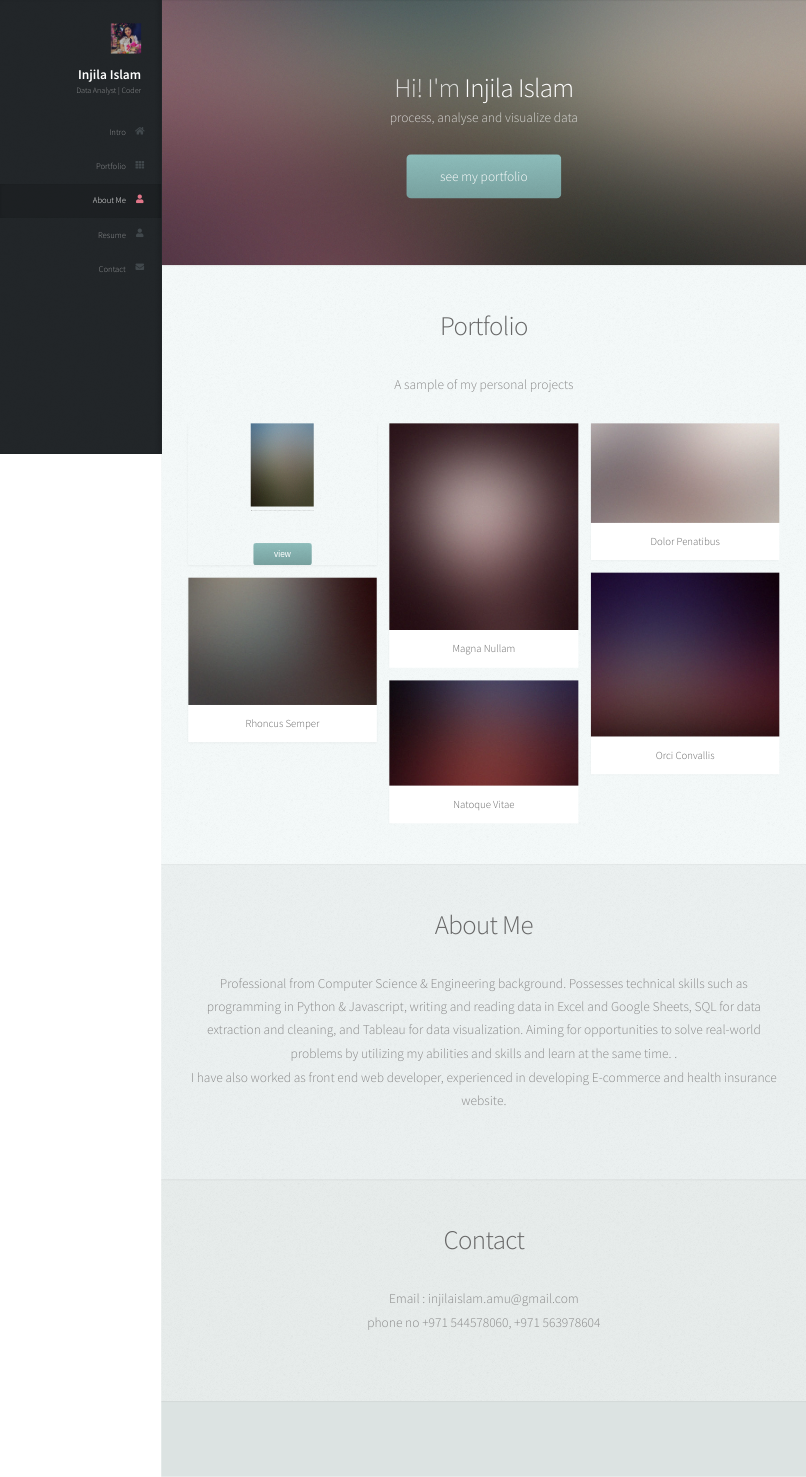
Repository: IslamInjila/new_portfolio
Page: index.html
These files come from the project's save history. The page is drawn as it stood at one moment and after the next save; the edit follows.
The browser window is 1280 px wide. The pictures show the whole page, at 63% of full size.

Above is the page before, as saved 2021-03-06 17:15:04.

### index.html
<!DOCTYPE HTML>
<!--
	Prologue by HTML5 UP
	html5up.net | @ajlkn
	Free for personal and commercial use under the CCA 3.0 license (html5up.net/license)
-->
<html>
	<head>
		<title>Prologue by HTML5 UP</title>
		<meta charset="utf-8" />
		<meta name="viewport" content="width=device-width, initial-scale=1, user-scalable=no" />
		<link rel="stylesheet" href="assets/css/main.css" />
	</head>
	<body class="is-preload">

		<!-- Header -->
			<div id="header">

				<div class="top">

					<!-- Logo -->
						<div id="logo">
							<span class="image avatar48"><img src="images/profileImage.jpg" alt="" /></span>
							<h1 id="title">Injila Islam</h1>
							<p>Data Analyst | Coder</p>
						</div>

					<!-- Nav -->
						<nav id="nav">
							<ul>
								<li><a href="#top" id="top-link"><span class="icon solid fa-home">Intro</span></a></li>
								<li><a href="#portfolio" id="portfolio-link"><span class="icon solid fa-th">Portfolio</span></a></li>
								<li><a href="#about" id="about-link"><span class="icon solid fa-user">About Me</span></a></li>
								<li><a href="#resume" id="about-link"><span class="icon solid fa-user">Resume</span></a></li>
								<li><a href="#contact" id="contact-link"><span class="icon solid fa-envelope">Contact</span></a></li>

							</ul>
						</nav>

				</div>

				<div class="bottom">

					<!-- Social Icons -->
						<!-- <ul class="icons">
							<li><a href="#" class="icon brands fa-twitter"><span class="label">Twitter</span></a></li>
							<li><a href="#" class="icon brands fa-facebook-f"><span class="label">Facebook</span></a></li>
							<li><a href="#" class="icon brands fa-github"><span class="label">Github</span></a></li>
							<li><a href="#" class="icon brands fa-dribbble"><span class="label">Dribbble</span></a></li>
							<li><a href="#" class="icon solid fa-envelope"><span class="label">Email</span></a></li>
						</ul> -->

				</div>

			</div>

		<!-- Main -->
			<div id="main">

				<!-- Intro -->
					<section id="top" class="one dark cover">
						<div class="container">

							<header>
								<h2 class="alt">Hi! I'm <strong>Injila Islam</strong>
								<h5>process, analyse and visualize data
							</header>

							<footer>
								<a href="#portfolio" class="button scrolly">see my portfolio</a>
							</footer>

						</div>
					</section>

				<!-- Portfolio -->
					<section id="portfolio" class="two">
						<div class="container">

							<header>
								<h2>Portfolio</h2>
							</header>

							<p>A sample of my personal projects</p>

							<div class="row">
								<div class="col-4 col-12-mobile">
									<article class="item ">
										<!-- <a href="#" class="image fit"><img src="images/pic02.jpg" alt="" /></a>
										<header>
											<h3>Ipsum Feugiat</h3>
										</header> -->
										<p><a href="https://www.w3schools.com">
											<img src="images/pic02.jpg" alt="W3Schools.com" width="100" height="132">
											</a></p>
											<button> view</button>
									</article>

									<article class="item">
										<a href="#" class="image fit"><img src="images/pic03.jpg" alt="" /></a>
										<header>
											<h3>Rhoncus Semper</h3>
										</header>
									</article>
								</div>
								<div class="col-4 col-12-mobile">
									<article class="item">
										<a href="#" class="image fit"><img src="images/pic04.jpg" alt="" /></a>
										<header>
											<h3>Magna Nullam</h3>
										</header>
									</article>
									<article class="item">
										<a href="#" class="image fit"><img src="images/pic05.jpg" alt="" /></a>
										<header>
											<h3>Natoque Vitae</h3>
										</header>
									</article>
								</div>
								<div class="col-4 col-12-mobile">
									<article class="item">
										<a href="#" class="image fit"><img src="images/pic06.jpg" alt="" /></a>
										<header>
											<h3>Dolor Penatibus</h3>
										</header>
									</article>
									<article class="item">
										<a href="#" class="image fit"><img src="images/pic07.jpg" alt="" /></a>
										<header>
											<h3>Orci Convallis</h3>
										</header>
									</article>
								</div>
							</div>

						</div>
					</section>

				<!-- About Me -->
					<section id="about" class="three">
						<div class="container">

							<header>
								<h2>About Me</h2>
							</header>

							<!-- <a href="#" class="image featured"><img src="images/profilePic.jpg" alt="" /></a> -->

							<p>Professional from Computer Science & Engineering background.

                               Possesses technical skills such as programming in Python & Javascript, writing and reading data in Excel and Google Sheets, SQL for data extraction and cleaning, and Tableau for data visualization.
								Aiming for opportunities to solve real-world problems by utilizing my abilities and skills and learn at the same time. .<br>
								I have also worked as front end web developer, experienced in developing E-commerce and health insurance website.

						</div>
					</section>


				<!-- Contact -->
					<section id="contact" class="four">
						<div class="container">

							<header>
								<h2>Contact</h2>
							</header>
							<P> Email : injilaislam.amu@gmail.com
							<br>phone no  +971 544578060, +971 563978604</p>

							<!-- <p>Elementum sem parturient nulla quam placerat viverra
							mauris non cum elit tempus ullamcorper dolor. Libero rutrum ut lacinia
							donec curae mus. Eleifend id porttitor ac ultricies lobortis sem nunc
							orci ridiculus faucibus a consectetur. Porttitor curae mauris urna mi dolor.</p> -->
<!--
							<form method="post" action="#">
								<div class="row">
									<div class="col-6 col-12-mobile"><input type="text" name="name" placeholder="Name" /></div>
									<div class="col-6 col-12-mobile"><input type="text" name="email" placeholder="Email" /></div>
									<div class="col-12">
										<textarea name="message" placeholder="Message"></textarea>
									</div>
									<div class="col-12">
										<input type="submit" value="Send Message" />
									</div>
								</div>
							</form> -->

						</div>
					</section>

			</div>

		<!-- Footer -->
			<div id="footer">

				<!-- Copyright -->
					<!-- <ul class="copyright">
						<li>&copy; Untitled. All rights reserved.</li><li>Design: <a href="http://html5up.net">HTML5 UP</a></li>
					</ul> -->

			</div>

		<!-- Scripts -->
			<script src="assets/js/jquery.min.js"></script>
			<script src="assets/js/jquery.scrolly.min.js"></script>
			<script src="assets/js/jquery.scrollex.min.js"></script>
			<script src="assets/js/browser.min.js"></script>
			<script src="assets/js/breakpoints.min.js"></script>
			<script src="assets/js/util.js"></script>
			<script src="assets/js/main.js"></script>

	</body>
</html>

Loaded but not shown: assets/css/fontawesome-all.min.css (library); assets/js/jquery.min.js (library); assets/js/jquery.scrolly.min.js (common file); assets/js/jquery.scrollex.min.js (common file); assets/js/browser.min.js (common file); assets/js/breakpoints.min.js (common file); assets/js/util.js (587 lines, source omitted); assets/js/main.js (123 lines, source omitted); assets/css/main.css (2633 lines, source omitted)

After the next save:
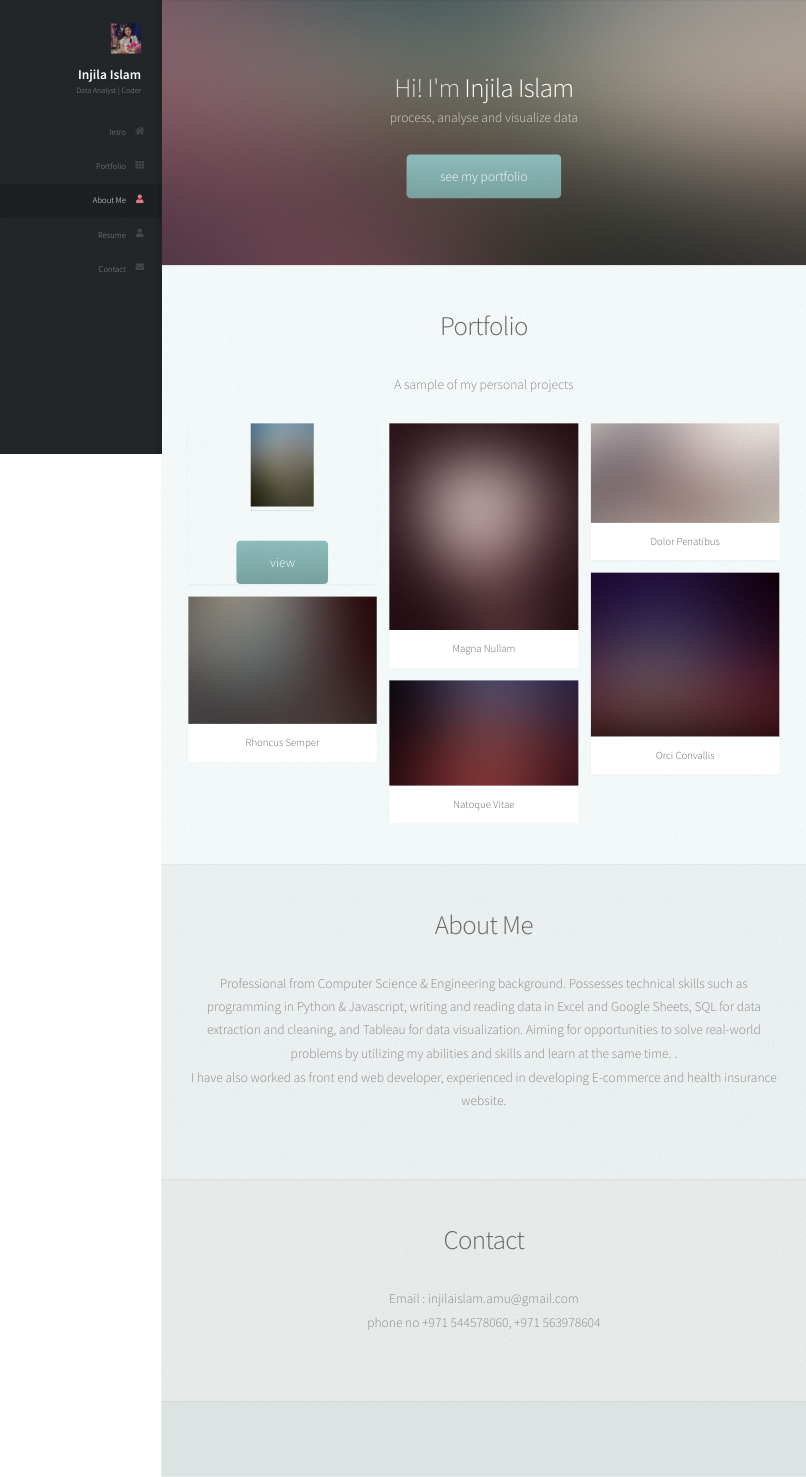
Saved 2 min 5 s later.
--- a/index.html
+++ b/index.html
@@ -93,7 +93,7 @@
 										<p><a href="https://www.w3schools.com">
 											<img src="images/pic02.jpg" alt="W3Schools.com" width="100" height="132">
 											</a></p>
-											<button> view</button>
+											<a href="https://www.w3schools.com" class="button">view</a>
 									</article>
 
 									<article class="item">

After the save that followed:
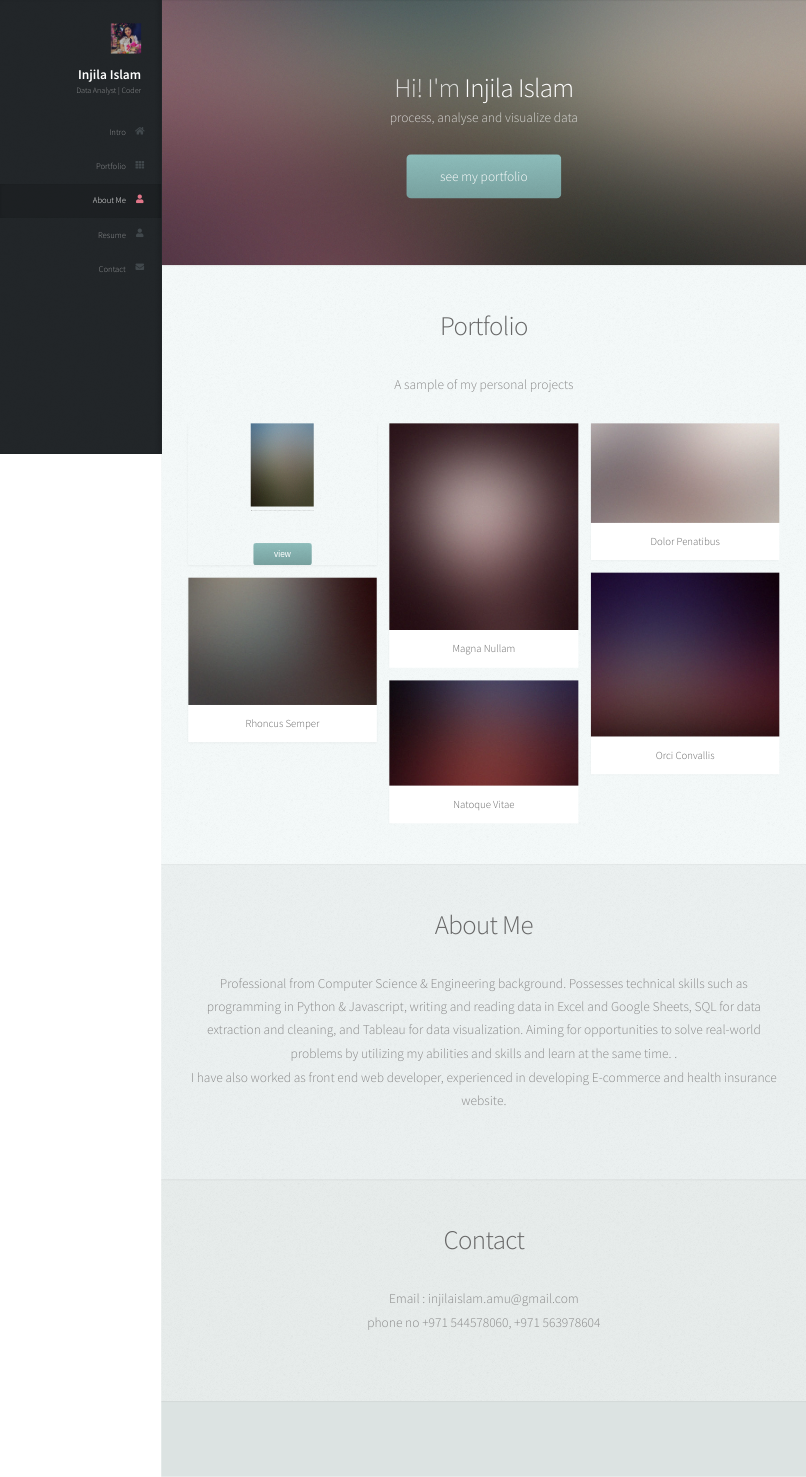
Saved 76 s later.
--- a/index.html
+++ b/index.html
@@ -93,7 +93,9 @@
 										<p><a href="https://www.w3schools.com">
 											<img src="images/pic02.jpg" alt="W3Schools.com" width="100" height="132">
 											</a></p>
-											<a href="https://www.w3schools.com" class="button">view</a>
+											<!-- <a href="https://www.w3schools.com" class="button">view</a> -->
+
+											<button type="button" class="btn btn-outline-primary" href="https://www.w3schools.com">view</button>
 									</article>
 
 									<article class="item">
